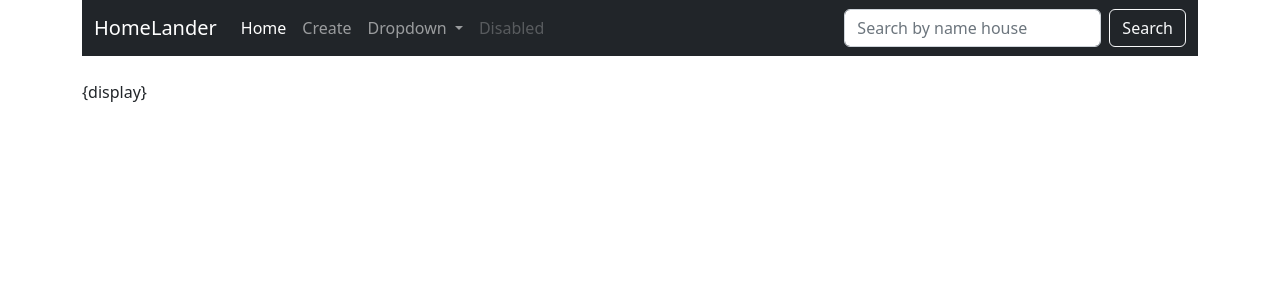
Repository: nguyenhung50497/MD3_caseStudy
Page: src/views/home.html
These files come from the project's save history. The page is drawn as it stood at one moment and after the next save; the edit follows.
The browser window is 1280 px wide. The pictures show the whole page.

Above is the page before, as saved 2023-01-03 20:16:35.

After the next save:
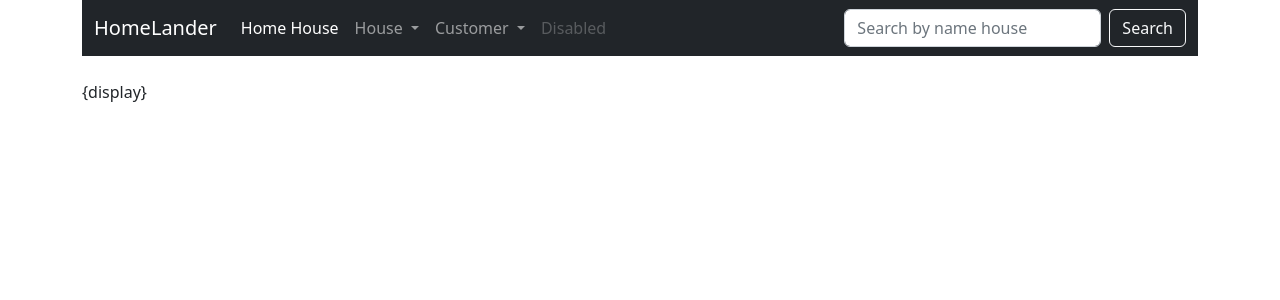
Saved 11 h 59 min later.
--- a/src/views/home.html
+++ b/src/views/home.html
@@ -10,25 +10,34 @@
     <div class="container" style="width: 90%;">
       <nav class="navbar navbar-dark bg-dark navbar-expand-lg">
         <div class="container-fluid">
-          <a class="navbar-brand" href="/home">HomeLander</a>
+          <a class="navbar-brand" href="/house/home">HomeLander</a>
           <button class="navbar-toggler" type="button" data-bs-toggle="collapse" data-bs-target="#navbarSupportedContent" aria-controls="navbarSupportedContent" aria-expanded="false" aria-label="Toggle navigation">
             <span class="navbar-toggler-icon"></span>
           </button>
           <div class="collapse navbar-collapse" id="navbarSupportedContent">
             <ul class="navbar-nav me-auto mb-2 mb-lg-0">
               <li class="nav-item">
-                <a class="nav-link active" aria-current="page" href="/home">Home</a>
-              </li>
-              <li class="nav-item">
-                <a class="nav-link" href="/product/create">Create</a>
+                <a class="nav-link active" aria-current="page" href="/house/home">Home House</a>
               </li>
               <li class="nav-item dropdown">
                 <a class="nav-link dropdown-toggle" href="#" role="button" data-bs-toggle="dropdown" aria-expanded="false">
-                  Dropdown
+                  House
                 </a>
                 <ul class="dropdown-menu">
-                  <li><a class="dropdown-item" href="#">Action</a></li>
-                  <li><a class="dropdown-item" href="#">Another action</a></li>
+                  <li><a class="dropdown-item" href="/house/create">Create New House</a></li>
+                  <li><a class="dropdown-item" href="/house/home">Search House</a></li>
+                  <li><hr class="dropdown-divider"></li>
+                  <li><a class="dropdown-item" href="#">Something else here</a></li>
+                </ul>
+              </li>
+              <li class="nav-item dropdown">
+                <a class="nav-link dropdown-toggle" href="#" role="button" data-bs-toggle="dropdown" aria-expanded="false">
+                  Customer
+                </a>
+                <ul class="dropdown-menu">
+                  <li><a class="dropdown-item" href="/customer/home">All Customer</a></li>
+                  <li><a class="dropdown-item" href="/customer/create">Create New Customer</a></li>
+                  <li><a class="dropdown-item" href="/customer/home">Search Customer</a></li>
                   <li><hr class="dropdown-divider"></li>
                   <li><a class="dropdown-item" href="#">Something else here</a></li>
                 </ul>
